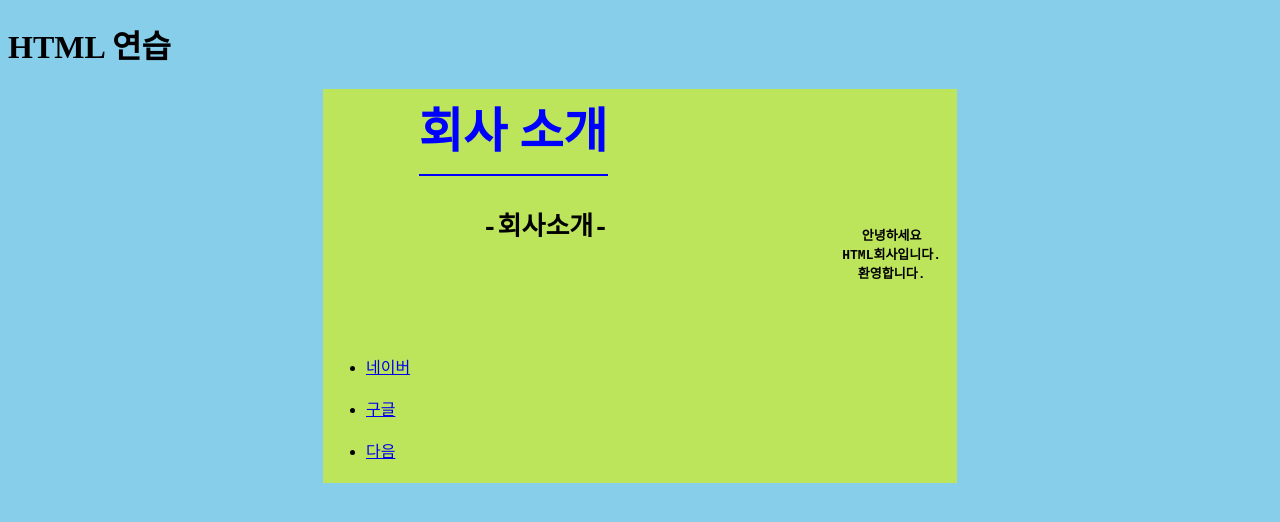
Repository: leeseungho1994/test09
Page: html/NewFile.html
An editor plug-in stored every save of this project. The page is shown before and after the next save, followed by the edit.
The browser window is 1280 px wide. The pictures show the whole page.

Above is the page before, as saved 2020-10-29 09:16:40.

After the next save:
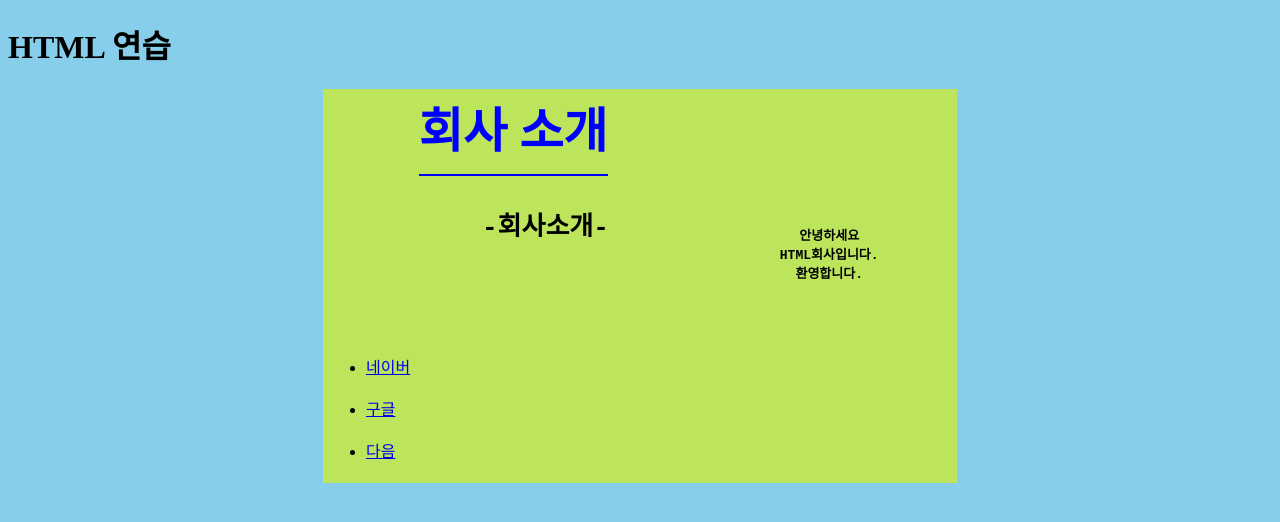
Saved 13 s later.
--- a/html/NewFile.html
+++ b/html/NewFile.html
@@ -20,9 +20,9 @@
 				</pre></td>
 				<th>
 				<pre>
-		안녕하세요
-		HTML회사입니다.
-		환영합니다.
+안녕하세요
+HTML회사입니다.
+환영합니다.
 				</pre>
 				</th>
 		</tr>
